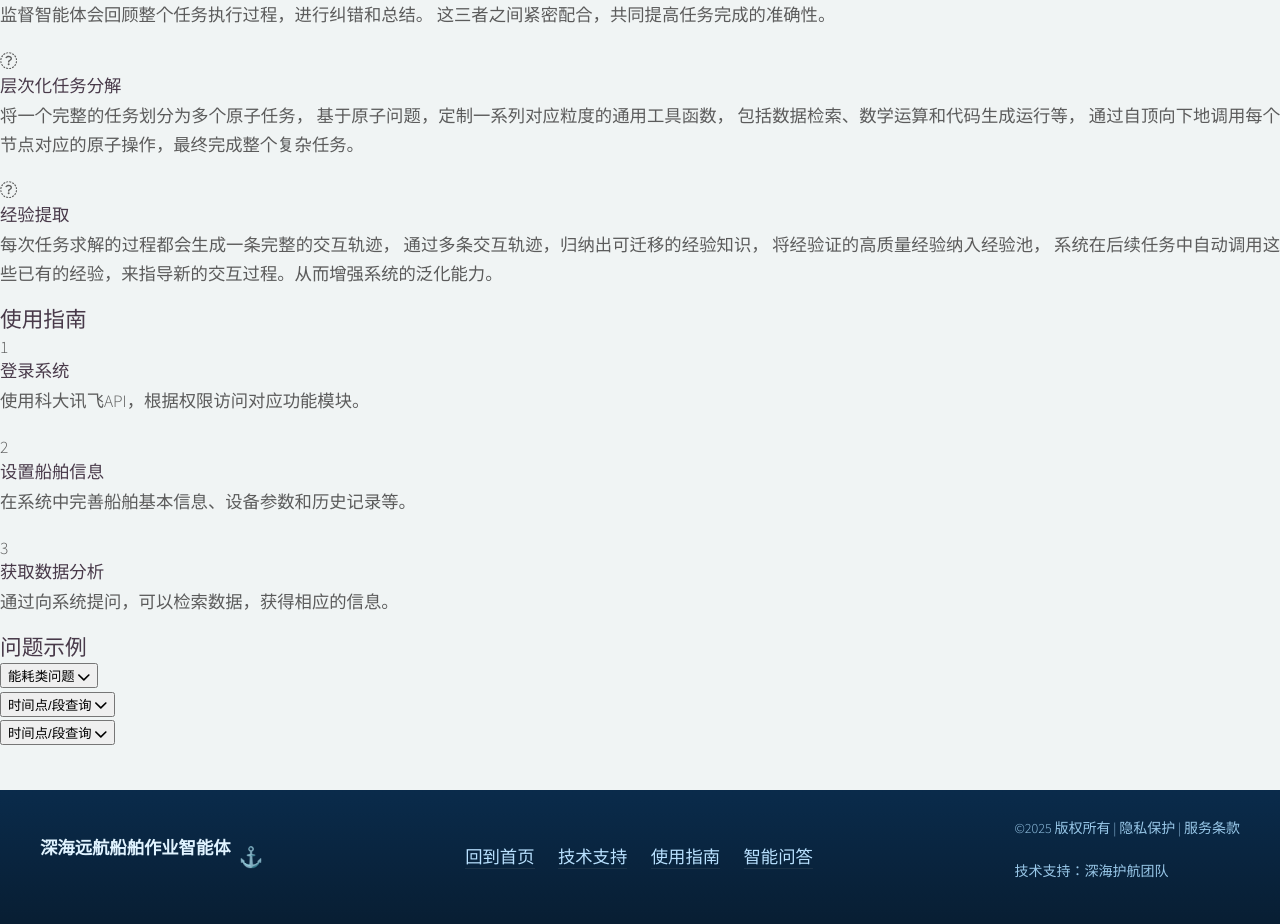
Repository: ShiCheng0104/AIC
Page: QingJing-agent/前端/深海远航船舶作业智能体/About.html
The author's editor kept a copy of each file at every save. The page is drawn from the files as they stood at one save, then again after a run of saves.
The browser window is 1280 px wide. The pictures show the part of the page from y = 473 to 1425 px (the page is 1397 px tall before and 1425 px after).
Backgrounds fixed to the window are drawn as part of the page.

Above is the page before, as saved 2025-07-03 14:26:54.

### QingJing-agent/前端/深海远航船舶作业智能体/About.html
<!DOCTYPE HTML>
<!--
	Helios 1.5 by HTML5 UP
	html5up.net | @n33co
	Free for personal and commercial use under the CCA 3.0 license (html5up.net/license)
-->
<html>
	<head>
		<title>Right Sidebar - Helios by HTML5 UP</title>
		<meta http-equiv="content-type" content="text/html; charset=utf-8" />
		<meta name="description" content="" />
		<meta name="keywords" content="" />
		<link href="http://fonts.googleapis.com/css?family=Source+Sans+Pro:300,400,600" rel="stylesheet" type="text/css" />
		<!--[if lte IE 8]><script src="js/html5shiv.js"></script><![endif]-->
		<script src="js/jquery.min.js"></script>
		<script src="js/jquery.dropotron.min.js"></script>
		<script src="js/skel.min.js"></script>
		<script src="js/skel-panels.min.js"></script>
		<script src="js/init.js"></script>
		<noscript>
			<link rel="stylesheet" href="css/skel-noscript.css" />
			<link rel="stylesheet" href="css/style.css" />
			<link rel="stylesheet" href="css/style-desktop.css" />
			<link rel="stylesheet" href="css/style-noscript.css" />
		</noscript>
		<!--[if lte IE 8]><link rel="stylesheet" href="css/ie8.css" /><![endif]-->
	</head>
	<body class="right-sidebar">

		<!-- Header -->
			<div id="header">

				<!-- Inner -->
					<div class="inner">
						<header>
							<h1><a href="#" id="logo">深海远航船舶作业智能体</a></h1>
						</header>
					</div>

				<!-- Nav -->
					<nav id="nav">
						<ul>
							<li><a href="index.html">Home</a></li>

							<li><a href="Our_Team.html">Our Team</a></li>
							<li><a href="About.html">About</a></li>
							<li><a href="interaction.html">Q&A</a></li>
						</ul>
					</nav>

			</div>

		<!-- Main -->
		<main class="flex-1 container mx-auto px-4 py-6">
			<div
				class="max-w-4xl mx-auto bg-white rounded-2xl shadow-soft overflow-hidden flex flex-col transform transition-all duration-300 hover:shadow-hover">
				<!-- 关于页面头部 -->
				<div class="p-6 bg-gradient-primary text-white">

					<p class="mt-2 text-primary-100 opacity-90">
						为远洋船舶提供智能化数据分析，提升作业准确率。
					</p>
				</div>

				<!-- 系统介绍 -->
				<div class="p-6 border-b border-gray-100">
					<h3 class="text-xl font-semibold text-dark mb-4">系统概述</h3>
					<p class="text-gray-600 leading-relaxed">
						基于科大讯飞大模型的多角色协同、
						基于层次分解树的任务路径动态规划以及深远海船舶领域的经验自动提取，
						我们构建了一个的具有稳定执行能力、螺旋式优化能力，并能快速泛化至新场景的多智能体系统框架。
						系统可以帮助用户更好地“看见数据”，
						帮助船舶运营企业降低成本、减少对人工依赖程度，实现智能化转型升级。
					</p>
				</div>

				<!-- 功能亮点 -->
				<div class="p-6 border-b border-gray-100">
					<h3 class="text-xl font-semibold text-dark mb-6">核心方式</h3>

					<div class="grid grid-cols-1 md:grid-cols-2 gap-6">
						<!-- 功能卡片 1 -->
						<div
							class="bg-white rounded-xl shadow-message border border-neutralDark p-5 hover:shadow-hover transition-all duration-300 transform hover:-translate-y-1">
							<div class="bg-primary/10 w-12 h-12 rounded-full flex items-center justify-center mb-4">
								<i class="fa fa-bell-o text-primary text-xl"></i>
							</div>
							<h4 class="text-lg font-semibold text-dark">多角色协同</h4>
							<p class="text-gray-600 mt-2">
								共划分为3个角色：
								规划智能体结合领域知识，拆分用户的任务派发给执行智能体；
								执行智能体接收到子任务后，就会调用工具进行数据分析，然后返回子任务结果；
								监督智能体会回顾整个任务执行过程，进行纠错和总结。

								这三者之间紧密配合，共同提高任务完成的准确性。

							</p>
						</div>

						<!-- 功能卡片 2 -->
						<div
							class="bg-white rounded-xl shadow-message border border-neutralDark p-5 hover:shadow-hover transition-all duration-300 transform hover:-translate-y-1">
							<div class="bg-primary/10 w-12 h-12 rounded-full flex items-center justify-center mb-4">
								<i class="fa fa-bell-o text-primary text-xl"></i>
							</div>
							<h4 class="text-lg font-semibold text-dark">层次化任务分解</h4>
							<p class="text-gray-600 mt-2">
								将一个完整的任务划分为多个原子任务，
								基于原子问题，定制一系列对应粒度的通用工具函数，
								包括数据检索、数学运算和代码生成运行等，
								通过自顶向下地调用每个节点对应的原子操作，最终完成整个复杂任务。
							</p>
						</div>

						<!-- 功能卡片 3 -->
						<div
							class="bg-white rounded-xl shadow-message border border-neutralDark p-5 hover:shadow-hover transition-all duration-300 transform hover:-translate-y-1">
							<div class="bg-primary/10 w-12 h-12 rounded-full flex items-center justify-center mb-4">
								<i class="fa fa-bell-o text-primary text-xl"></i>
							</div>
							<h4 class="text-lg font-semibold text-dark">经验提取</h4>
							<p class="text-gray-600 mt-2">
								每次任务求解的过程都会生成一条完整的交互轨迹，
								通过多条交互轨迹，归纳出可迁移的经验知识，
								将经验证的高质量经验纳入经验池，
								系统在后续任务中自动调用这些已有的经验，来指导新的交互过程。从而增强系统的泛化能力。
							</p>
						</div>


					</div>
				</div>

				<!-- 使用指南 -->
				<div class="p-6 border-b border-gray-100">
					<h3 class="text-xl font-semibold text-dark mb-6">使用指南</h3>

					<div class="space-y-6">
						<!-- 步骤 1 -->
						<div class="flex">
							<div
								class="bg-primary text-white w-8 h-8 rounded-full flex items-center justify-center flex-shrink-0 mr-4">
								1</div>
							<div>
								<h4 class="text-lg font-semibold text-dark">登录系统</h4>
								<p class="text-gray-600 mt-1">
									使用科大讯飞API，根据权限访问对应功能模块。
								</p>
							</div>
						</div>

						<!-- 步骤 2 -->
						<div class="flex">
							<div
								class="bg-primary text-white w-8 h-8 rounded-full flex items-center justify-center flex-shrink-0 mr-4">
								2</div>
							<div>
								<h4 class="text-lg font-semibold text-dark">设置船舶信息</h4>
								<p class="text-gray-600 mt-1">
									在系统中完善船舶基本信息、设备参数和历史记录等。
								</p>
							</div>
						</div>

						<!-- 步骤 3 -->
						<div class="flex">
							<div
								class="bg-primary text-white w-8 h-8 rounded-full flex items-center justify-center flex-shrink-0 mr-4">
								3</div>
							<div>
								<h4 class="text-lg font-semibold text-dark">获取数据分析</h4>
								<p class="text-gray-600 mt-1">
									通过向系统提问，可以检索数据，获得相应的信息。
								</p>
							</div>
						</div>


					</div>
				</div>

				<!-- 常见问题 -->
				<div class="p-6">
					<h3 class="text-xl font-semibold text-dark mb-6">问题示例</h3>

					<div class="space-y-4">
					<!-- FAQ1 -->
					<div class="border border-neutralDark rounded-lg overflow-hidden max-w-xl mx-auto my-8">
						<button
							class="w-full px-6 py-4 text-left font-medium text-dark flex justify-between items-center hover:bg-gray-50 transition-colors"
							onclick="toggleContent(this)">
							<span>能耗类问题</span>
							<i class="fa fa-chevron-down text-gray-400 transition-transform"></i>
						</button>

						<div class="px-6 py-4 bg-gray-50 border-t border-neutralDark hidden" id="contentList2">
							<div class="mb-4">
								<p class="text-gray-600">
									示例 1：假设柴油的密度为0.85kg/L，柴油热值为42.6MJ/kg。请根据提供的1~4号柴油发电机的燃油消耗量，计算2024年7月16日00:00:00至2024年7月20日00:00:00期间的理论发电量（单位转换为kWh，结果保留两位小数，四舍五入）
								</p>
							</div>
							<div>
								<p class="text-gray-600">
									示例 2：2024/8/24 DP过程中，推进系统的总能耗是多少（单位化成kWh，保留2位小数）？
								</p>
							</div>

							<div>
								<p class="text-gray-600">
									示例 3：2024/08/23 深海作业A过程中，A架摆回到A架摆出期间，推进器的总做功是多少（单位为kWh，结果保留两位小数）？
								</p>
							</div>
						</div>
					</div>

					<!-- FAQ2 -->
					<div class="border border-neutralDark rounded-lg overflow-hidden max-w-xl mx-auto my-8">
						<button
							class="w-full px-6 py-4 text-left font-medium text-dark flex justify-between items-center hover:bg-gray-50 transition-colors"
							onclick="toggleContent(this)">
							<span>时间点/段查询</span>
							<i class="fa fa-chevron-down text-gray-400 transition-transform"></i>
						</button>



						<div class="px-6 py-4 bg-gray-50 border-t border-neutralDark hidden" id="contentList2">
							<div class="mb-4">
								<p class="text-gray-600">
									示例 1：2024/8/19 下午A架的第一次开机时间（请以XX:XX输出）？
								</p>
							</div>
							<div>
								<p class="text-gray-600">
									示例 2：统计2024/8/23上午A架的运行时长（以整数分钟输出）
								</p>
							</div>

							<div>
								<p class="text-gray-600">
									示例 3：2024/8/23 ~ 2024/8/25 哪一天上午A架的运行时长最长，运行了多久（以整数分钟输出）？
								</p>
							</div>
						</div>
					</div>

					<!-- FAQ2 -->
					<div class="border border-neutralDark rounded-lg overflow-hidden max-w-xl mx-auto my-8">
						<button
							class="w-full px-6 py-4 text-left font-medium text-dark flex justify-between items-center hover:bg-gray-50 transition-colors"
							onclick="toggleContent(this)">
							<span>时间点/段查询</span>
							<i class="fa fa-chevron-down text-gray-400 transition-transform"></i>
						</button>

						<div class="px-6 py-4 bg-gray-50 border-t border-neutralDark hidden" id="contentList2">
							<div class="mb-4">
								<p class="text-gray-600">
									示例 1：2024/8/19 下午A架的第一次开机时间（请以XX:XX输出）？
								</p>
							</div>
							<div>
								<p class="text-gray-600">
									示例 2：统计2024/8/23上午A架的运行时长（以整数分钟输出）
								</p>
							</div>

							<div>
								<p class="text-gray-600">
									示例 3：2024/8/23 ~ 2024/8/25 哪一天上午A架的运行时长最长，运行了多久（以整数分钟输出）？
								</p>
							</div>
						</div>
					</div>

					<script>
						function toggleContent(button) {
							const contentDiv = button.nextElementSibling;
							const icon = button.querySelector('i');
							contentDiv.classList.toggle('hidden');
							icon.classList.toggle('rotate');
						}
					</script>

					<!-- 引入 FontAwesome 图标（如果需要箭头） -->
					<script src="https://cdnjs.cloudflare.com/ajax/libs/font-awesome/6.0.0-beta3/js/all.min.js"></script>
				</div>
				</main>



		<!--footer-->
		<footer>
			<div class="footer-container">
				<!-- 品牌+场景符号 -->
				<div class="footer-brand">
					<p>深海远航船舶作业智能体</p>
					<span class="ship-icon">⚓</span> <!-- 船舶锚点符号，或替换成简约船舶SVG -->
				</div>
				<!-- 实用链接区 -->
				<div class="footer-links">
					<a href="index.html">回到首页</a>
					<a href="Our_Team.html">技术支持</a>
					<a href="About.html">使用指南</a>
					<a href="interaction.html">智能问答</a>
				</div>
				<!-- 合规信息 -->
				<div class="footer-legal">
					<p>©2025 版权所有 | 隐私保护 | 服务条款</p>
					<p>技术支持：深海护航团队</p>
				</div>
			</div>
		</footer>

		<style>
			footer {
				background: linear-gradient(to bottom, #0a2b4b, #081e33);
				/* 深海渐变，强化场景 */
				color: #e0f3ff;
				padding: 24px;
			}

			.footer-container {
				max-width: 1200px;
				margin: 0 auto;
				display: flex;
				flex-wrap: wrap;
				justify-content: space-between;
				align-items: center;
			}

			.footer-brand {
				display: flex;
				align-items: center;
				gap: 8px;
				font-weight: bold;
			}

			.ship-icon {
				font-size: 20px;
				color: #6ccfff;
			}

			.footer-links a {
				color: #b9e1ff;
				margin: 0 10px;
				text-decoration: none;
				transition: color 0.3s;
			}

			.footer-links a:hover {
				color: #6ccfff;
			}

			.footer-legal {
				font-size: 14px;
				color: #99c8e9;
			}
		</style>

	</body>
</html>

### QingJing-agent/前端/深海远航船舶作业智能体/css/style-wide.css
/*
	Helios 1.5 by HTML5 UP
	html5up.net | @n33co
	Free for personal and commercial use under the CCA 3.0 license (html5up.net/license)
*/

/*********************************************************************************/
/* Basic                                                                         */
/*********************************************************************************/

	body,input,textarea,select
	{
		font-size: 14pt;
		line-height: 1.75em;
	}

/*********************************************************************************/
/* Carousel                                                                      */
/*********************************************************************************/

	.carousel
	{
		padding: 1.5em 0 1.5em 0;
	}

		.carousel .reel
		{
			padding: 0 1.5em 0 1.5em;
		}

		.carousel article
		{
			width: 18em;
			margin: 0 1.25em 0 0;
		}

### QingJing-agent/前端/深海远航船舶作业智能体/css/style-normal.css
/*
	Helios 1.5 by HTML5 UP
	html5up.net | @n33co
	Free for personal and commercial use under the CCA 3.0 license (html5up.net/license)
*/

/*********************************************************************************/
/* Wrapper                                                                       */
/*********************************************************************************/

	.wrapper
	{
		padding-left: 2em;
		padding-right: 2em;
	}

/*********************************************************************************/
/* Header                                                                        */
/*********************************************************************************/

	#header
	{
	}

		#header .inner
		{
			padding-left: 2em;
			padding-right: 2em;
		}

/*********************************************************************************/
/* Banner                                                                        */
/*********************************************************************************/

	#banner
	{
		padding-left: 2em;
		padding-right: 2em;
	}

/*********************************************************************************/
/* Footer                                                                        */
/*********************************************************************************/

	#footer
	{
		padding-left: 2em;
		padding-right: 2em;
	}

### QingJing-agent/前端/深海远航船舶作业智能体/css/style-narrow.css
/*
	Helios 1.5 by HTML5 UP
	html5up.net | @n33co
	Free for personal and commercial use under the CCA 3.0 license (html5up.net/license)
*/

### QingJing-agent/前端/深海远航船舶作业智能体/css/style-narrower.css
/*
	Helios 1.5 by HTML5 UP
	html5up.net | @n33co
	Free for personal and commercial use under the CCA 3.0 license (html5up.net/license)
*/

/*********************************************************************************/
/* Basic                                                                         */
/*********************************************************************************/

	body,input,textarea,select
	{
		font-size: 13pt;
		line-height: 1.65em;
	}

	.tweet
	{
		text-align: center;
	}

	.timestamp
	{
		display: block;
		text-align: center;
	}

/*********************************************************************************/
/* Footer                                                                        */
/*********************************************************************************/

	#footer
	{
		padding: 4em 2em 4em 2em;
	}

/*********************************************************************************/
/* Carousel                                                                      */
/*********************************************************************************/

	.carousel
	{
		padding: 1.25em 0 1.25em 0;
	}

		.carousel article
		{
			width: 18em;
			margin: 0 1em 0 0;
		}

Loaded but not shown: QingJing-agent/前端/深海远航船舶作业智能体/js/jquery.min.js (library); QingJing-agent/前端/深海远航船舶作业智能体/js/jquery.dropotron.min.js (library); QingJing-agent/前端/深海远航船舶作业智能体/js/skel.min.js (library); QingJing-agent/前端/深海远航船舶作业智能体/js/skel-panels.min.js (library); QingJing-agent/前端/深海远航船舶作业智能体/js/init.js (385 lines, source omitted); QingJing-agent/前端/深海远航船舶作业智能体/css/style.css (1600 lines, source omitted)

After the next 2 saves:
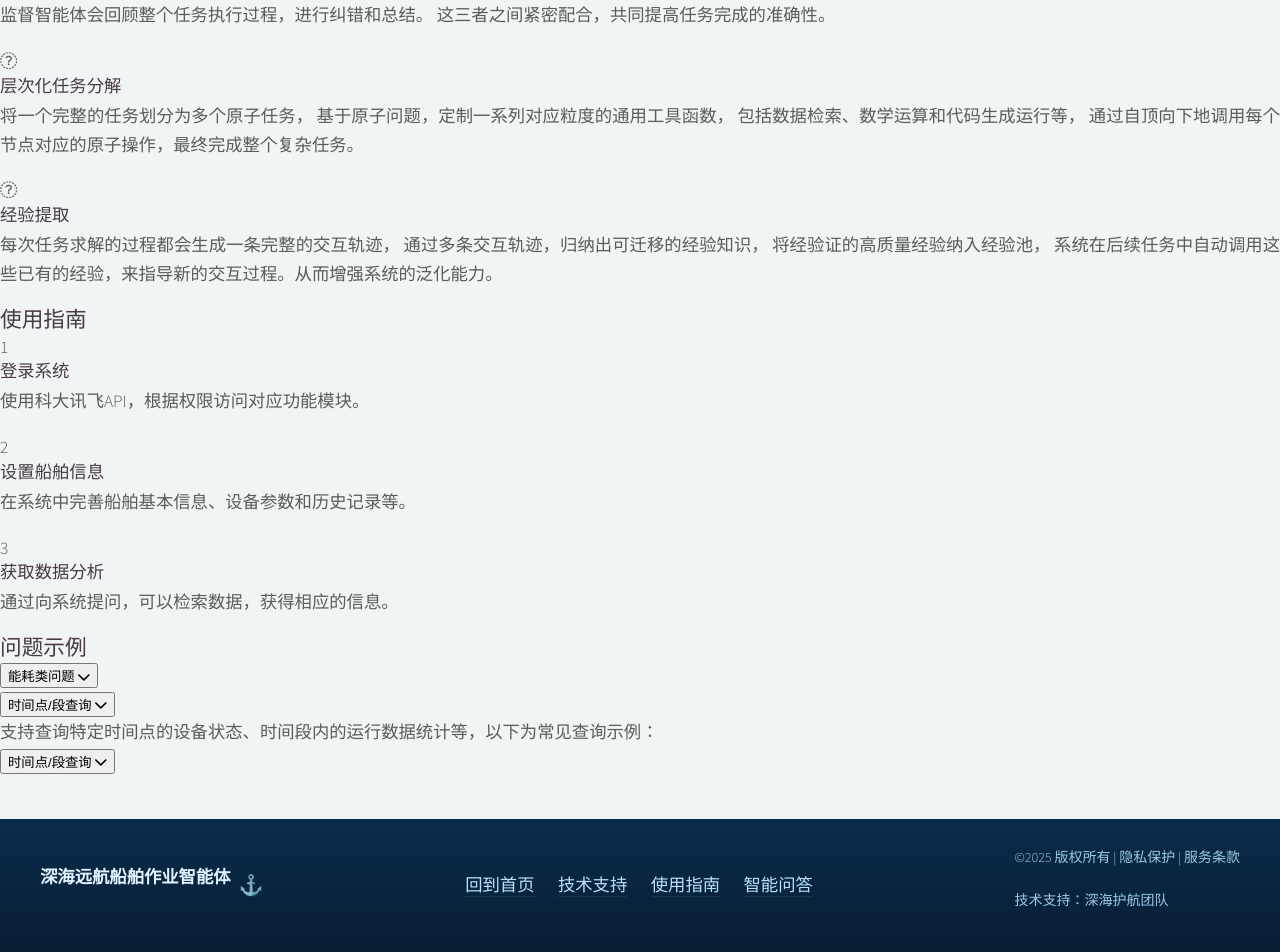
The 2 saves are shown as one change because they came seconds apart.
The last was saved 2 min 11 s later.
--- a/QingJing-agent/前端/深海远航船舶作业智能体/About.html
+++ b/QingJing-agent/前端/深海远航船舶作业智能体/About.html
@@ -214,35 +214,39 @@
 					</div>
 
 					<!-- FAQ2 -->
-					<div class="border border-neutralDark rounded-lg overflow-hidden max-w-xl mx-auto my-8">
-						<button
-							class="w-full px-6 py-4 text-left font-medium text-dark flex justify-between items-center hover:bg-gray-50 transition-colors"
-							onclick="toggleContent(this)">
-							<span>时间点/段查询</span>
-							<i class="fa fa-chevron-down text-gray-400 transition-transform"></i>
-						</button>
-
-
-
-						<div class="px-6 py-4 bg-gray-50 border-t border-neutralDark hidden" id="contentList2">
-							<div class="mb-4">
-								<p class="text-gray-600">
-									示例 1：2024/8/19 下午A架的第一次开机时间（请以XX:XX输出）？
-								</p>
-							</div>
-							<div>
-								<p class="text-gray-600">
-									示例 2：统计2024/8/23上午A架的运行时长（以整数分钟输出）
-								</p>
-							</div>
-
-							<div>
-								<p class="text-gray-600">
-									示例 3：2024/8/23 ~ 2024/8/25 哪一天上午A架的运行时长最长，运行了多久（以整数分钟输出）？
-								</p>
-							</div>
-						</div>
-					</div>
+<div class="border border-neutralDark rounded-lg overflow-hidden max-w-xl mx-auto my-8">
+	<!-- 按钮 -->
+	<button
+	  class="w-full px-6 py-4 text-left font-medium text-dark flex justify-between items-center hover:bg-gray-50 transition-colors"
+	  onclick="toggleContent(this)">
+	  <span>时间点/段查询</span>
+	  <i class="fa fa-chevron-down text-gray-400 transition-transform"></i>
+	</button>
+
+	<!-- 新增：固定显示的描述文字（在按钮下方，始终可见） -->
+	<div class="px-6 py-3 bg-gray-50 border-t border-neutralDark text-sm text-gray-500">
+	  支持查询特定时间点的设备状态、时间段内的运行数据统计等，以下为常见查询示例：
+	</div>
+
+	<!-- 隐藏的多条示例内容（点击按钮才显示） -->
+	<div class="px-6 py-4 bg-gray-50 border-t border-neutralDark hidden" id="contentList2">
+	  <div class="mb-4">
+		<p class="text-gray-600">
+		  示例 1：2024/8/19 下午A架的第一次开机时间（请以XX:XX输出）？
+		</p>
+	  </div>
+	  <div class="mb-4">
+		<p class="text-gray-600">
+		  示例 2：统计2024/8/23上午A架的运行时长（以整数分钟输出）
+		</p>
+	  </div>
+	  <div>
+		<p class="text-gray-600">
+		  示例 3：2024/8/23 ~ 2024/8/25 哪一天上午A架的运行时长最长，运行了多久（以整数分钟输出）？
+		</p>
+	  </div>
+	</div>
+  </div>
 
 					<!-- FAQ2 -->
 					<div class="border border-neutralDark rounded-lg overflow-hidden max-w-xl mx-auto my-8">
